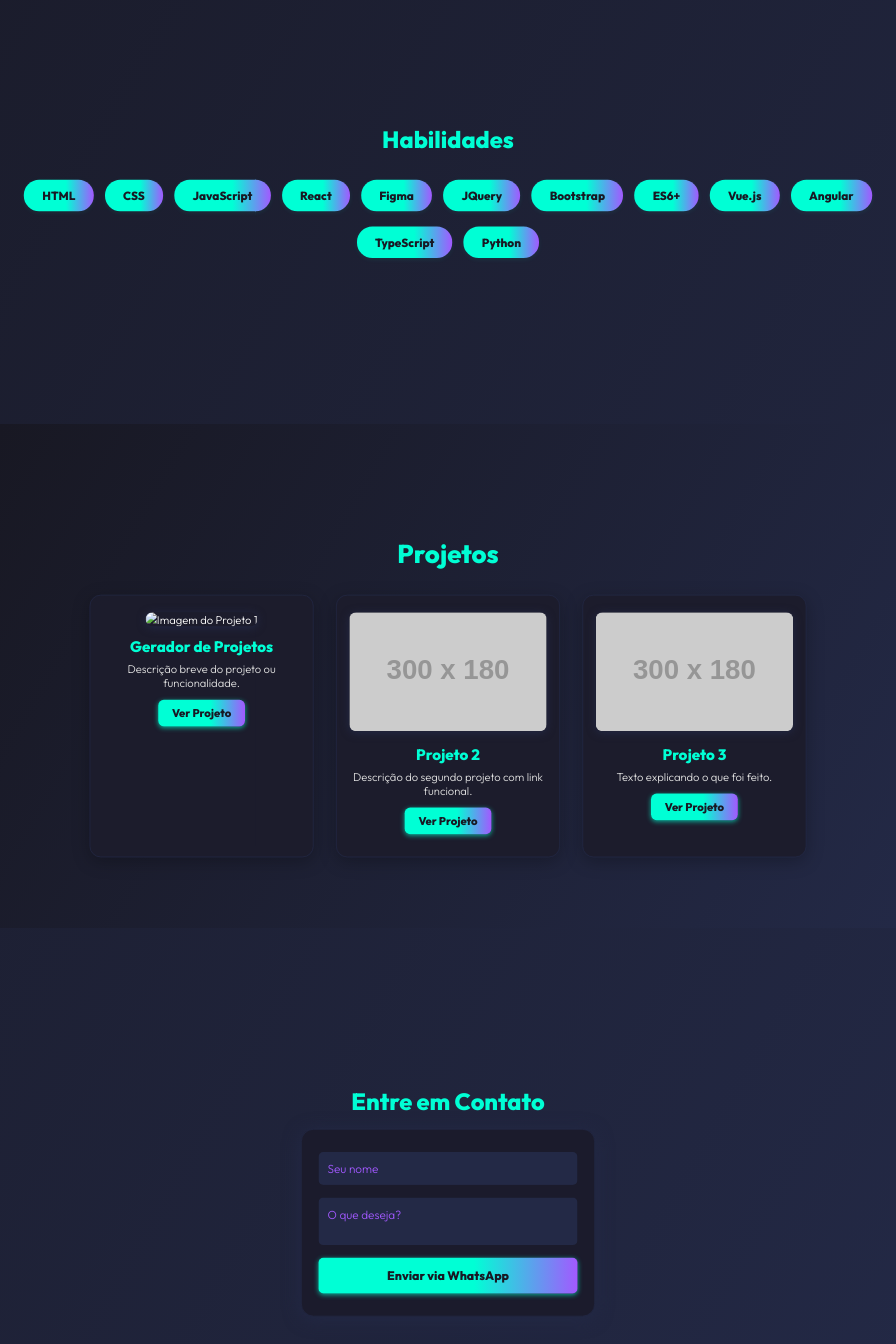
Repository: Wbyh7z/meu-portfolio
Page: src/index.html
The author's editor kept a copy of each file at every save. The page is drawn from the files as they stood at one save, then again after the next save.
The browser window is 1280 px wide. The pictures show the part of the page from y = 1554 to 3474 px (the page is 3696 px tall), at 70% of full size.

Above is the page before, as saved 2025-08-11 00:20:05.

After the next save:
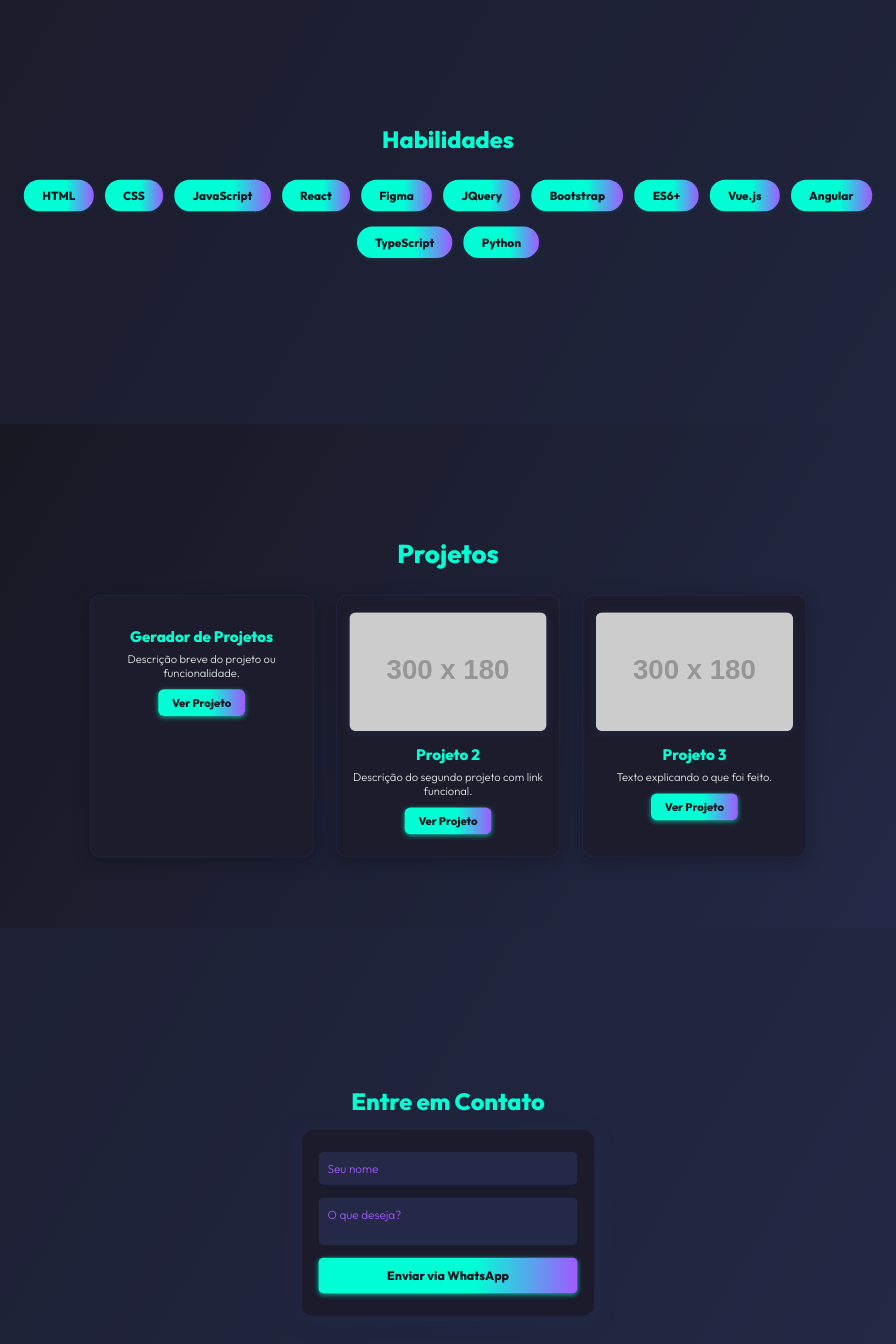
Saved 1 s later.
--- a/src/index.html
+++ b/src/index.html
@@ -65,7 +65,7 @@
     <h2>Projetos</h2>
     <div class="projetos-container">
       <div class="projeto">
-        <img src="#" alt="Imagem do Projeto 1">
+        <img src="#" alt="">
         <h3>Gerador de Projetos</h3>
         <p>Descrição breve do projeto ou funcionalidade.</p>
         <a href="https://geradordeprojetos.netlify.app/" target="_blank" rel="noopener">Ver Projeto</a>
